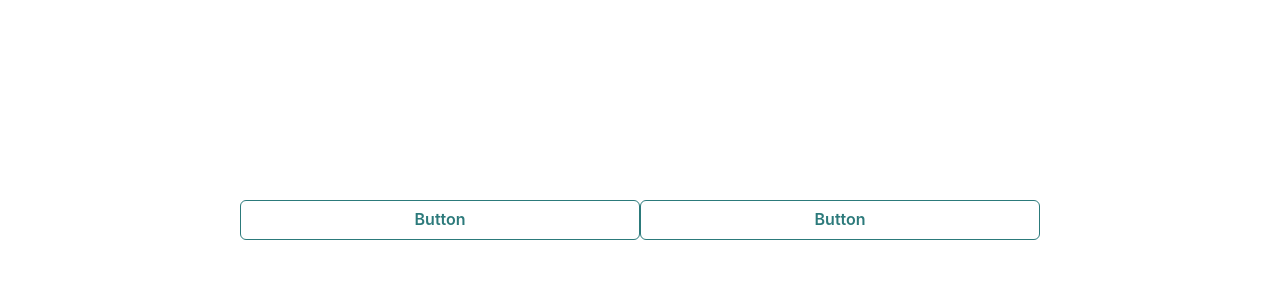
Repository: soualexandre/toast-reactjs
Page: /
These files come from the project's save history. The page is drawn as it stood at one moment and after the next save; the edit follows.
The browser window is 1280 px wide. The pictures show the whole page.
The project was rebuilt for these pictures with package versions that can differ from the ones it lists, and the page was loaded fresh each time.

Above is the page before, as saved 2021-07-02 15:04:21.

After the next save:
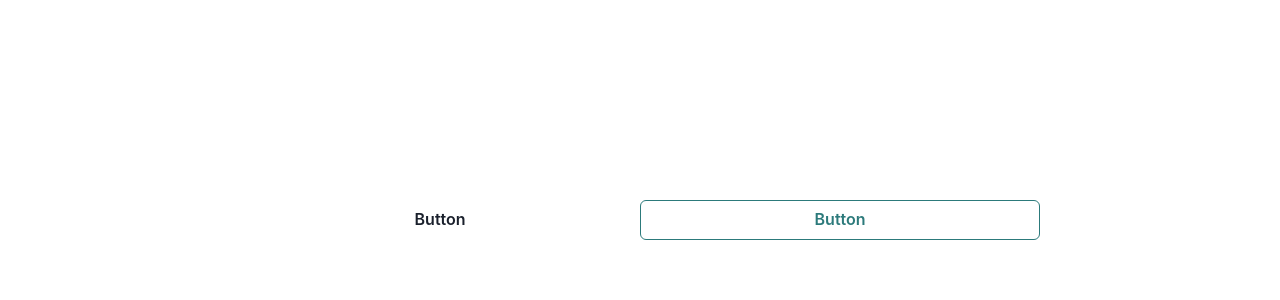
Saved 37 s later.
--- a/src/App.js
+++ b/src/App.js
@@ -36,7 +36,7 @@ function App() {
         <Center mt={200}>
           <Button
             colorScheme="teal"
-            variant="outline"
+            variant="success"
             onClick={notify}
             width="400px">
             Button
